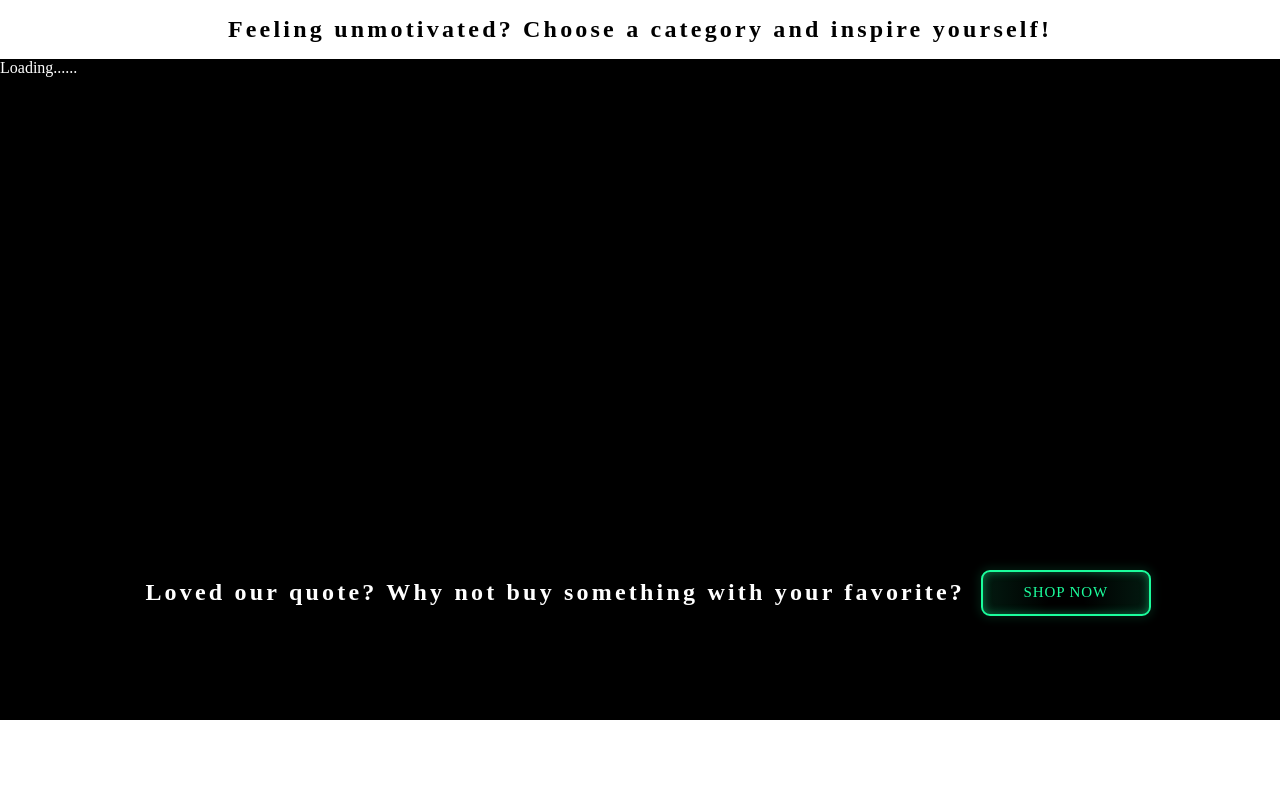
Repository: alanrceratti/motivational
Page: /
The author's editor kept a copy of each file at every save. The page is drawn from the files as they stood at one save, then again after a run of saves.
The browser window is 1280 px wide. The pictures show the whole page.
The page's requests for data from a server got no answer. Some web fonts or font styles are not loaded; a fallback is used. The project was rebuilt for these pictures with package versions that can differ from the ones it lists, and the page was loaded fresh each time. No one was signed in, and anything a server would have sent is missing. Also part of the build but not shown: webpack.config.js, src/Options.module.scss, src/Options.js, src/Components/CategorySelect.module.scss.

Above is the page before, as saved 2023-01-14 17:32:09.

### public/index.html

<!DOCTYPE html>
<html lang="en">
	<head>
		<meta charset="utf-8" />
		<link rel="icon" href="%PUBLIC_URL%/favicon.ico" />
		<link
			href="https://fonts.googleapis.com/css2?family=Patua+One&family=Unbounded:wght@400;700&display=swap"
			rel="stylesheet"
		/>

		<meta name="viewport" content="width=device-width, initial-scale=1" />
		<meta name="theme-color" content="#000000" />
		<meta
			name="description"
			content="Web site created using create-react-app"
		/>
		<link rel="apple-touch-icon" href="%PUBLIC_URL%/logo192.png" />
		<!--
      manifest.json provides metadata used when your web app is installed on a
      user's mobile device or desktop. See https://developers.google.com/web/fundamentals/web-app-manifest/
    -->
		<link rel="manifest" href="%PUBLIC_URL%/manifest.json" />
		<!--
      Notice the use of %PUBLIC_URL% in the tags above.
      It will be replaced with the URL of the `public` folder during the build.
      Only files inside the `public` folder can be referenced from the HTML.

      Unlike "/favicon.ico" or "favicon.ico", "%PUBLIC_URL%/favicon.ico" will
      work correctly both with client-side routing and a non-root public URL.
      Learn how to configure a non-root public URL by running `npm run build`.
    -->
		<title>React App</title>
	</head>
	<body>
		<noscript>You need to enable JavaScript to run this app.</noscript>
		<div id="root"></div>
		<!--
      This HTML file is a template.
      If you open it directly in the browser, you will see an empty page.

      You can add webfonts, meta tags, or analytics to this file.
      The build step will place the bundled scripts into the <body> tag.

      To begin the development, run `npm start` or `yarn start`.
      To create a production bundle, use `npm run build` or `yarn build`.
    --></body>
</html>

### src/index.js
import React from "react";
import ReactDOM from "react-dom/client";
import App from "./App";

const root = ReactDOM.createRoot(document.getElementById("root"));
root.render(
	<React.StrictMode>
		<App />
	</React.StrictMode>
);

// If you want to start measuring performance in your app, pass a function
// to log results (for example: reportWebVitals(console.log))
// or send to an analytics endpoint. Learn more: https://bit.ly/CRA-vitals

### src/App.js
import "./App.scss";
import { BrowserRouter, Routes, Route } from "react-router-dom";

import Home from "./Components/Home";
import { Loading } from "./Components/Loading";

function App() {
	return (
		<>
			<BrowserRouter>
				<Routes>
					<Route path="/" element={<Home />} />
					<Route path="/button" element={<Loading />} />
				</Routes>
			</BrowserRouter>
		</>
	);
}

export default App;

### src/App.scss
html {
	--color1: #1bfd9c;
	--color2: #82ffc9;
	--color3: #ffffff;
	--green: #1bfd9c;
	height: 100vh;
	width: 100vw;
	margin: 0px;
	padding: 0px;
	background-repeat: no-repeat;
	overflow-x: hidden;
	background-image: linear-gradient(
		160deg,
		#000000 0%,
		#000000 50%,
		#000000 100%
	);
}
body {
	margin: 0px;
	padding: 0px;
}

h1,
h2,
h3,
h4,
p {
	margin: 0px;
	color: rgb(255, 255, 255);
}

ul,
li {
	list-style: none;
	padding: 0px;
	margin: 0px;
}

img {
	display: block;
	max-width: 100%;
}

button,
input {
	display: block;
	font-size: 1rem;
	color: #333;
}

a {
	text-decoration: none;
	color: #333;
}

### src/Components/Home.js
import React from "react";
import PhraseGet from "./PhraseGet";
import Title from "./Title";
import TitleDown from "./TitleDown";

const Home = () => {
	return (
		<div>
			<Title />
			<PhraseGet />
			<TitleDown />
		</div>
	);
};

export default Home;

### src/Components/Loading.js
import React from "react";
import "./Loading.scss";

function Loading() {
	return (
		<>
			<div className="loader">
				<div className="loader-square"></div>
				<div className="loader-square"></div>
				<div className="loader-square"></div>
				<div className="loader-square"></div>
				<div className="loader-square"></div>
				<div className="loader-square"></div>
				<div className="loader-square"></div>
			</div>
		</>
	);
}

export { Loading };

### src/Components/PhraseGet.js
import React, { useEffect, useState } from "react";
import styles from "../Components/PhraseGet.module.scss";
import Options from "../Options";
import { CategorySelect } from "./CategorySelect";
import { Loading } from "./Loading";

function PhraseGet() {
	// state variable to store the selected category id
	const [categoryId, setCategoryId] = useState(1);
	// state variable to store the data retrieved from the API
	const [data, setData] = useState(null);
	// state variable to store the options for the select element
	const [options, setOptions] = useState([]);
	// state variable to indicate if the data is currently being loaded
	const [loading, setLoading] = useState(true);
	// state variable to indicate if the image is currently being loaded
	const [loadingImg, setLoadingImg] = useState(true);
	// state variable to store the current random number
	const [number, setNumber] = useState(7);
	// commented out state variable for future use, possibly for storing count of words
	// const [count, setCount] = useState(0);
	const [showSelect, setShowSelect] = useState(true);

	// Function to toggle visibility of select element
	const handleClick = () => {
		setShowSelect(!showSelect);
	};

	// Object containing arrays of numbers associated with each category
	const idLists = {
		1: [7, 8, 9, 21, 22],
		2: [10, 18, 19, 20],
		3: [11, 12],
		4: [15, 16, 17],
		5: [13, 14],
	};
	// async function fetchCount() {
	// 	const response = await fetch(
	// 		`http://127.0.0.1:200/api/categories/all/`
	// 	);
	// 	const json = await response.json();
	// 	console.log(idLists);

	// 	json.map((category) => {
	// 		const categoryId = category.id;
	// 		const phraseIds = category.phrases.map((phrase) => phrase.id);
	// 		idLists[categoryId] = phraseIds;
	// 	});
	// }
	// useEffect(() => {
	// 	fetchCount();
	// }, []);

	// function to handle changes in the category select element
	function handleChangeCategory(e) {
		// set the selected category id
		setCategoryId(e.target.value);
		const selectedCategoryId = e.target.value;
		// Retrieve previous selected numbers for current category from local storage
		const previousIdList =
			JSON.parse(
				localStorage.getItem(`previousid${selectedCategoryId}`)
			) || [];

		// filter out previously selected numbers from the array
		const filteredIdList = idLists[selectedCategoryId].filter(
			(number) => !previousIdList.includes(number)
		);

		// if there are still numbers available in filteredIdList array
		if (filteredIdList.length > 0) {
			const randomIndex = Math.floor(
				Math.random() * filteredIdList.length
			);
			// select random number from filteredIdList array
			const randomNumber = filteredIdList[randomIndex];
			// set the new random number
			setNumber(randomNumber);
			// add new randomNumber to the previousIdList array
			previousIdList.push(randomNumber);
			// store the updated previousIdList array in local storage
			localStorage.setItem(
				`previousid${selectedCategoryId}`,
				JSON.stringify(previousIdList)
			);
		} else {
			// if there are no more numbers available, remove the previousid1 array from local storage and log a message
			localStorage.removeItem(`previousid${selectedCategoryId}`);
			console.log("acabou o 1");
		}
	}

	async function fetchOptions() {
		// fetch data from api using fetch function
		const response = await fetch(
			`http://127.0.0.1:200/api/categories/all/`
		);
		// parse response to json
		const json = await response.json();
		// extract values of json object
		const arr = Object.values(json);
		// set options state
		setOptions(arr);
		// set loading state to false
		setLoading(false);
		// call fetchData function
		fetchData();
	}

	useEffect(() => {
		// call fetchOptions function when component mounts
		fetchOptions();
	}, [categoryId]);

	async function fetchData() {
		setLoadingImg(true);
		let retries = 0;
		// maximum number of retries if response status is 404
		const MAX_RETRIES = 3;
		let response;

		while (
			retries < MAX_RETRIES &&
			(response === undefined || response.status === 404)
		) {
			// try to fetch data from api
			try {
				response = await fetch(
					`http://127.0.0.1:200/api/categories/${categoryId}/phrases/?filter_by_id=${number}`
				);
				// if response status is 404, increment retries
				if (response.status === 404) {
					retries++;
				} else {
					// parse response to json
					const json = await response.json();
					// set data state
					setData(json);
					// set loadingImg state to false
					setLoadingImg(false);
				}
				// log response status and url
				console.log(
					`GET ${response.url} ${response.status} (${response.statusText})`
				);
			} catch (error) {
				// log error
				console.error("asdasdad");
			}
			// wait for 1 second before retrying
			await new Promise((resolve) => setTimeout(resolve, 1000));
		}
		// retrieve previous selected numbers for current category from local storage
		const previousIdList =
			JSON.parse(localStorage.getItem(`previousid${categoryId}`)) || [];
		// if all numbers have been selected, remove the previousid array from local storage
		if (previousIdList.length === idLists[categoryId].length) {
			localStorage.removeItem(`previousid${categoryId}`);
		}
	}

	return (
		<section className={styles.mainContainerr}>
			<CategorySelect
				options={options}
				handleChangeCategory={handleChangeCategory}
				categoryId={categoryId}
				loading={loading}
				handleClick={handleClick}
				showSelect={showSelect}
			/>
			{loadingImg ? (
				<Loading />
			) : (
				<div className={styles.um}>
					<div>
						{data && (
							<img src={data.image_url} alt="image_phrase" />
						)}
						{data ? <h1>{data.phrase}</h1> : "Loading..."}
					</div>
				</div>
			)}
		</section>
	);
}

export default PhraseGet;

### src/Components/Title.js
import React from "react";
import styles from "./Title.module.scss";

const Title = () => {
	return (
		<div className={styles.container}>
			<h1>
				Feeling unmotivated? Choose a category and inspire yourself!
			</h1>
		</div>
	);
};

export default Title;

### src/Components/TitleDown.js
import React from "react";
import styles from "./TitleDown.module.scss";

const TitleDown = () => {
	return (
		<section>
			<div className={styles.container}>
				<h1>
					Loved our quote? Why not buy something with your favorite?
				</h1>
				<button className={styles.button2}> SHOP NOW</button>
			</div>
		</section>
	);
};

export default TitleDown;

### src/Components/Loading.scss
@keyframes square-animation {
	0% {
		left: 0;
		top: 0;
	}

	10.5% {
		left: 0;
		top: 0;
	}

	12.5% {
		left: 32px;
		top: 0;
	}

	23% {
		left: 32px;
		top: 0;
	}

	25% {
		left: 64px;
		top: 0;
	}

	35.5% {
		left: 64px;
		top: 0;
	}

	37.5% {
		left: 64px;
		top: 32px;
	}

	48% {
		left: 64px;
		top: 32px;
	}

	50% {
		left: 32px;
		top: 32px;
	}

	60.5% {
		left: 32px;
		top: 32px;
	}

	62.5% {
		left: 32px;
		top: 64px;
	}

	73% {
		left: 32px;
		top: 64px;
	}

	75% {
		left: 0;
		top: 64px;
	}

	85.5% {
		left: 0;
		top: 64px;
	}

	87.5% {
		left: 0;
		top: 32px;
	}

	98% {
		left: 0;
		top: 32px;
	}

	100% {
		left: 0;
		top: 0;
	}
}

.loader {
	position: relative;
	width: 70vw;
	height: 70vh;
	transform: rotate(45deg);
	margin: 0 auto;
	justify-items: center;
	align-items: center;
}

.loader-square {
	position: absolute;
	top: 0;
	left: 0;
	width: 28px;
	height: 28px;
	margin: 2px;
	border-radius: 0px;
	background: white;
	background-size: cover;
	background-position: center;
	background-attachment: fixed;
	animation: square-animation 10s ease-in-out infinite both;
}

.loader-square:nth-of-type(0) {
	animation-delay: 0s;
}

.loader-square:nth-of-type(1) {
	animation-delay: -1.4285714286s;
}

.loader-square:nth-of-type(2) {
	animation-delay: -2.8571428571s;
}

.loader-square:nth-of-type(3) {
	animation-delay: -4.2857142857s;
}

.loader-square:nth-of-type(4) {
	animation-delay: -5.7142857143s;
}

.loader-square:nth-of-type(5) {
	animation-delay: -7.1428571429s;
}

.loader-square:nth-of-type(6) {
	animation-delay: -8.5714285714s;
}

.loader-square:nth-of-type(7) {
	animation-delay: -10s;
}

### src/Components/PhraseGet.module.scss
.mainContainerr {
	display: grid;
	grid-template-columns: auto 2fr;
	height: 100%;

	.options {
		grid-column: 1/2;
		grid-row: 1/3;
		max-width: fit-content;
		option {
			font-size: 1.5rem;
			text-align: left;
			color: rgb(255, 255, 255);
		}

		select {
			margin: 0 auto;
			margin-top: 1.5rem;
			font-family: "Patua One";
			font-size: 1.5rem;
			position: relative;
			padding: 1em 1.8em;
			outline: none;
			text-align: center;
			border: 1px solid #303030;
			background: #040404;
			color: var(--color1);
			text-transform: uppercase;
			letter-spacing: 2px;

			overflow: hidden;
			-webkit-transition: 0.2s;
			transition: 0.2s;
			border-radius: 10px;
			cursor: pointer;
			font-weight: bold;
		}
	}

	.um {
		div {
			display: flex;
			height: 80vh;
			margin: 3rem;
			width: 80vw;
			position: static;
			justify-content: center;
			align-items: center;
		}
		img {
			aspect-ratio: 7/4;
			width: 60vw;
			object-fit: fill;
			border: 2px inset #000000;
			border-radius: 100px 250px 100px 250px;
			opacity: 0.9;
			position: absolute;
		}
		h1 {
			width: 50%;

			margin: auto;
			margin-top: 15rem;
			z-index: 100;
			backdrop-filter: blur(12px) saturate(176%);
			-webkit-backdrop-filter: blur(12px) saturate(176%);
			background-color: rgba(0, 0, 0, 0.3);
			letter-spacing: 0.25rem;
			font-size: 4rem;
			font-family: "Patua One";
			text-align: center;
			text-shadow: rgb(0, 0, 0) 0.3rem 0px 0px,
				rgb(0, 0, 0) 0.54px 0.84px 0px, rgb(0, 0, 0) -0.41px 0.9px 0px,
				rgb(0, 0, 0) -0.98px 0.14px 0px,
				rgb(0, 0, 0) -0.65px -0.75px 0px,
				rgb(0, 0, 0) 0.28px -0.95px 0px, rgb(0, 0, 0) 0.96px -0.27px 0px;
		}
	}
}
/* <link href="https://fonts.googleapis.com/css2?family=Cabin+Sketch:wght@400;700&family=Patua+One&family=Rubik+80s+Fade&family=Yeseva+One&display=swap" rel="stylesheet"> */

/*  */

### src/Components/CategorySelect.js
import React from "react";
import Options from "../Options";
import styles from "./CategorySelect.module.scss";

function CategorySelect(props) {
	const { options, handleChangeCategory, loading, handleClick, showSelect } =
		props;

	return (
		<section className={styles.mainContainerr}>
			{loading ? (
				<p>Loading......</p>
			) : (
				<div className={styles.options}>
					<Options onClick={handleClick} />
					<select
						style={{ display: showSelect ? "block" : "none" }}
						onChange={handleChangeCategory}
					>
						{options.map((option) => (
							<option key={option.id} value={option.id}>
								{option.category_name}
							</option>
						))}
					</select>
				</div>
			)}
		</section>
	);
}

export { CategorySelect };

### src/Components/Title.module.scss
.container {
	width: 100vw;
	height: fit-content;
	display: flex;
	justify-content: center;
	align-items: center;
	background-color: rgb(255, 255, 255);
	margin: auto;

	h1 {
		font-family: "Unbounded";
		font-size: 1.5rem;
		letter-spacing: 0.2rem;
		text-align: center;
		margin: 1rem;
		color: rgb(0, 0, 0);
	}
}

### src/Components/TitleDown.module.scss
.container {
	width: 100vw;
	height: fit-content;
	display: flex;
	justify-content: center;
	align-items: center;
	background-color: rgb(0, 0, 0);
	margin: auto;

	h1 {
		font-family: "Unbounded";
		font-size: 1.5rem;
		letter-spacing: 0.2rem;
		text-align: center;
		margin: 1rem;
		color: rgb(255, 255, 255);
	}
}
.button2 {
	color: var(--green);
	font-size: 15px;
	padding: 0.7em 2.7em;
	letter-spacing: 0.06em;
	position: relative;
	font-family: inherit;
	border-radius: 0.6em;
	overflow: hidden;
	transition: all 0.3s;
	line-height: 1.4em;
	border: 2px solid var(--green);
	background: linear-gradient(
		to right,
		rgba(27, 253, 156, 0.1) 1%,
		transparent 40%,
		transparent 60%,
		rgba(27, 253, 156, 0.1) 100%
	);
	color: var(--green);
	box-shadow: inset 0 0 10px rgba(27, 253, 156, 0.4),
		0 0 9px 3px rgba(27, 253, 156, 0.1);
}

.button2:hover {
	color: #82ffc9;
	box-shadow: inset 0 0 10px rgba(27, 253, 156, 0.6),
		0 0 9px 3px rgba(27, 253, 156, 0.2);
	cursor: pointer;
}

.button2:before {
	content: "";
	position: absolute;
	left: -4em;
	width: 4em;
	height: 100%;
	top: 0;
	transition: transform 0.4s ease-in-out;
	background: linear-gradient(
		to right,
		transparent 1%,
		rgba(27, 253, 156, 0.1) 40%,
		rgba(27, 253, 156, 0.1) 60%,
		transparent 100%
	);
}

.button2:hover:before {
	transform: translateX(15em);
}

After the next 4 saves:
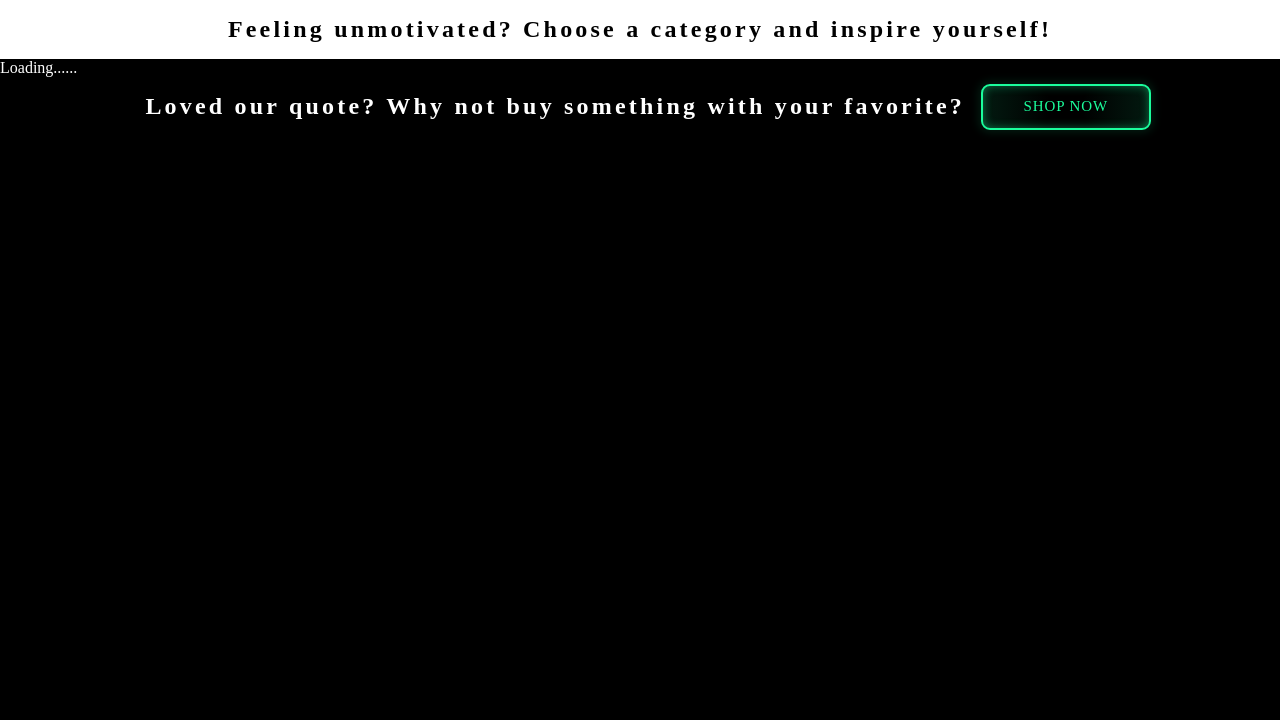
The 4 saves are shown as one change because they came seconds apart.
The last was saved 16 s later.
--- a/src/Components/Loading.scss
+++ b/src/Components/Loading.scss
@@ -87,12 +87,9 @@
 
 .loader {
 	position: relative;
-	width: 70vw;
-	height: 70vh;
+	width: 50%;
+	height: 50%;
 	transform: rotate(45deg);
-	margin: 0 auto;
-	justify-items: center;
-	align-items: center;
 }
 
 .loader-square {
